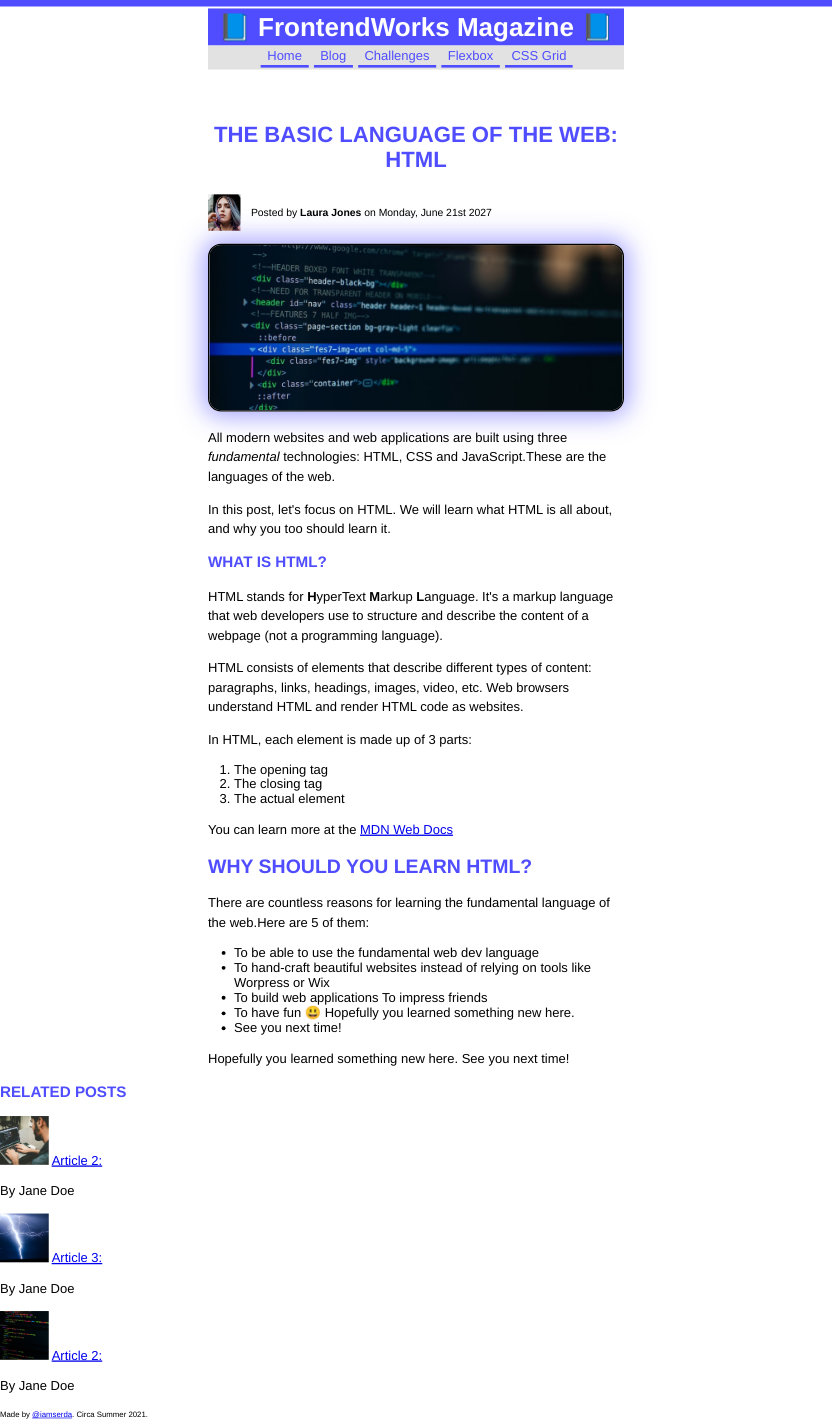
Repository: iamserda/html-css-course
Page: starter/02-HTML-Fundamentals/index.html
These files come from the project's save history. The page is drawn as it stood at one moment and after a run of saves; the edit follows.
The browser window is 1280 px wide. The pictures show the whole page, at 65% of full size.

Above is the page before, as saved 2021-07-17 17:44:37.

After the next 3 saves:
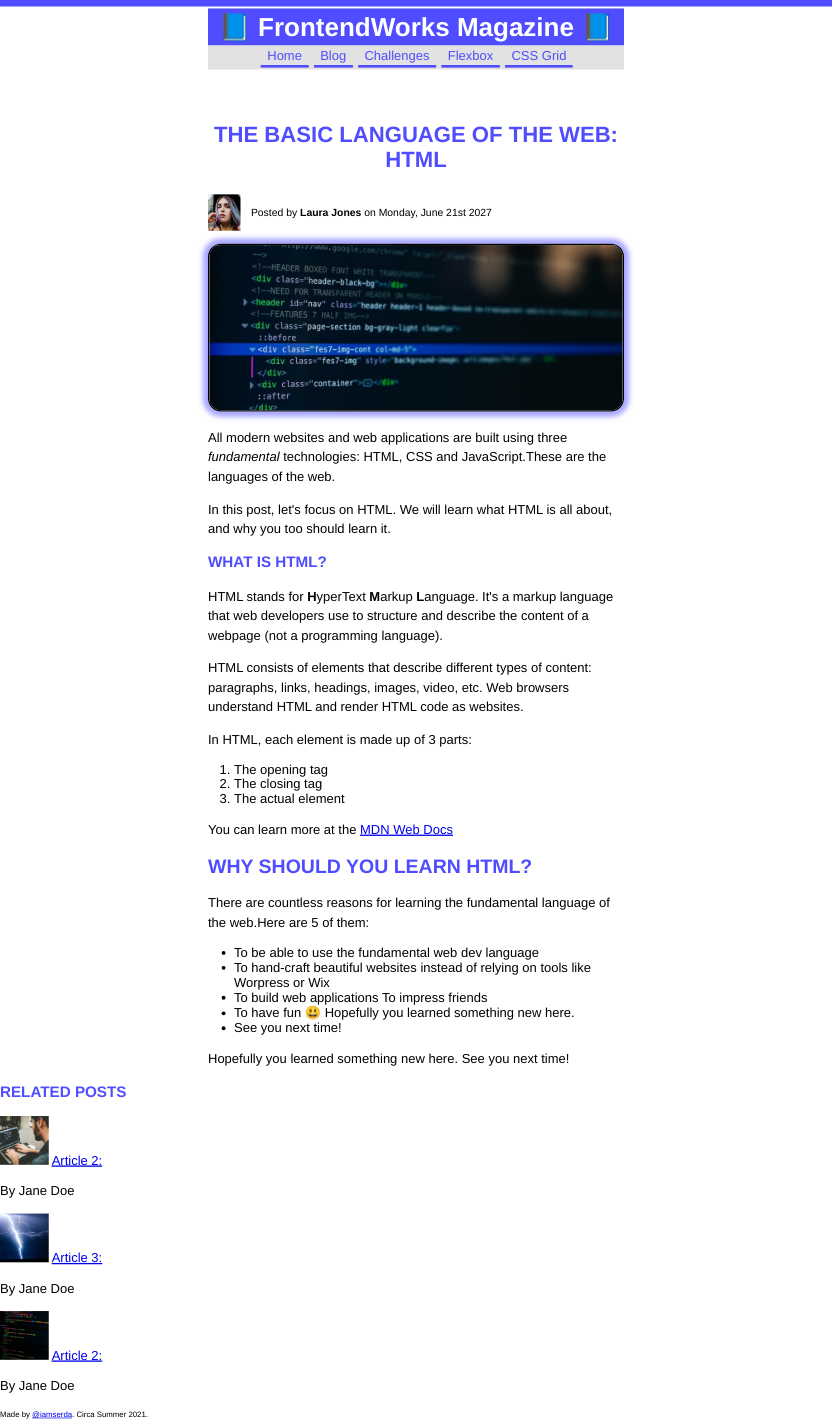
The 3 saves are shown as one change because they came seconds apart.
The last was saved 22 s later.
--- a/starter/02-HTML-Fundamentals/index.css
+++ b/starter/02-HTML-Fundamentals/index.css
@@ -132,7 +132,7 @@ footer p {
     max-width: 960px;
     height: auto;
     border: 2px solid rgb(0, 0, 0);
-    box-shadow: 0 0 38px 8px rgba(80, 77, 255, 0.5);
+    box-shadow: 0 0 8px 8px rgba(80, 77, 255, 0.5);
     border-radius: 20px;
 }
 
